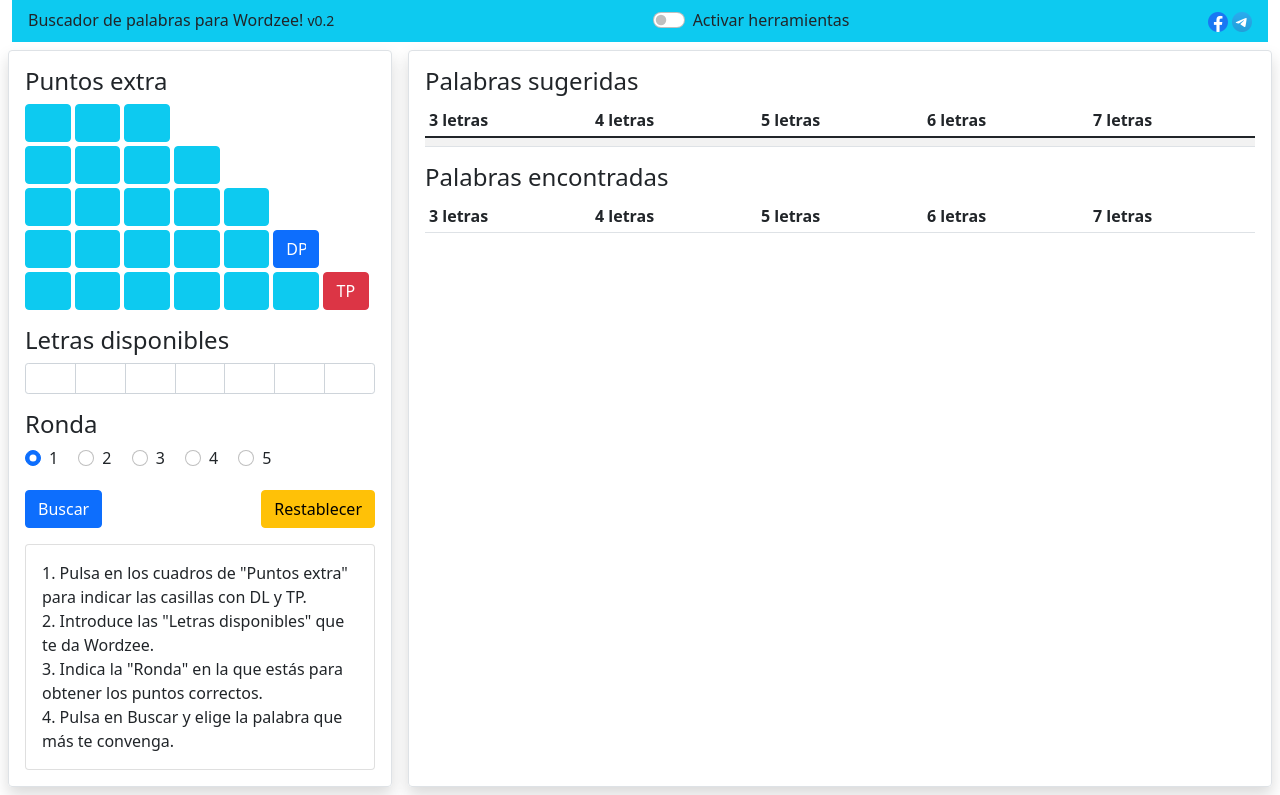
Repository: angelcafe/wordzee-bp_javascript
Page: index.html
These files come from the project's save history. The page is drawn as it stood at one moment and after the next save; the edit follows.
The browser window is 1280 px wide. The pictures show the whole page.
The page's requests for data from a server got no answer.

Above is the page before, as saved 2021-10-24 22:59:42.

After the next save:
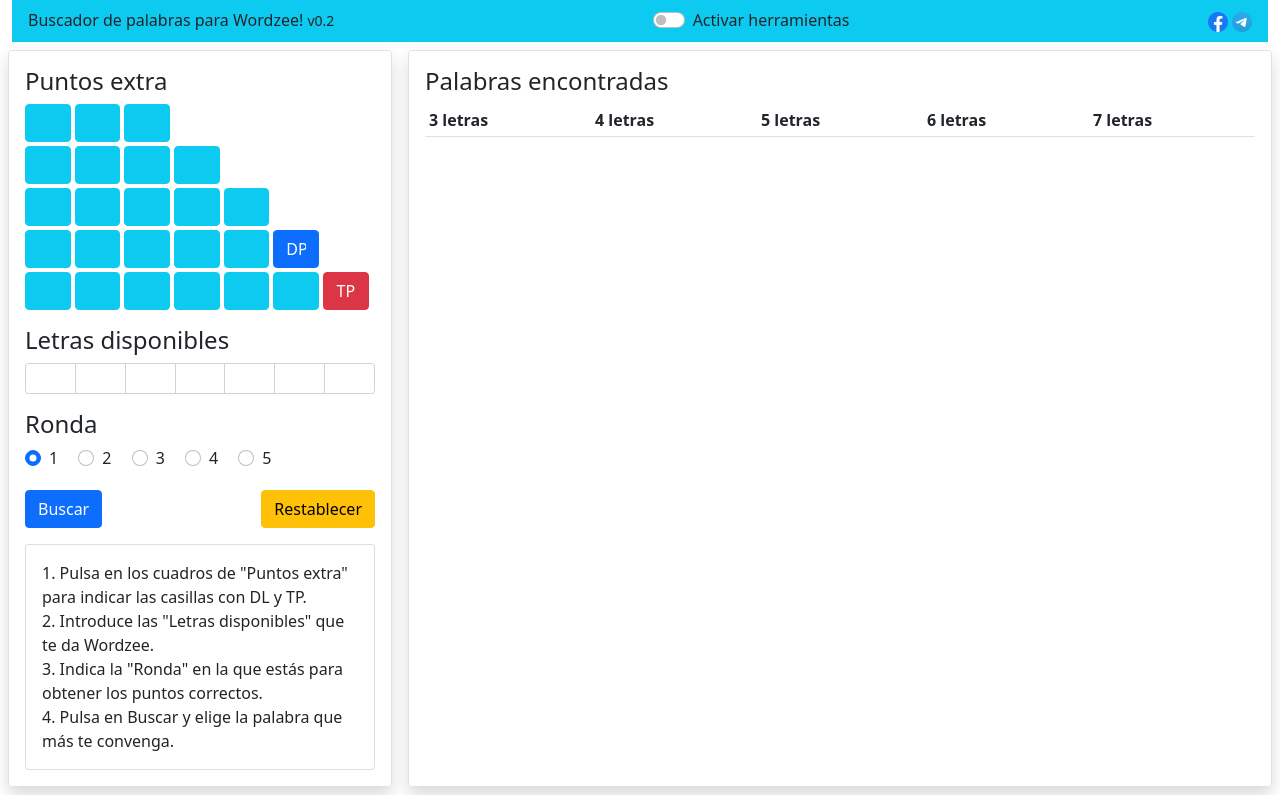
Saved 104 s later.
--- a/index.html
+++ b/index.html
@@ -174,9 +174,9 @@
                     </form>
                 </div>
             </div>
-            <!-- Palabras sugeridas -->
             <div class="border col m-2 p-3 shadow rounded">
-                <h4>Palabras sugeridas</h4>
+                <!-- Palabras sugeridas -->
+                <!-- <h4>Palabras sugeridas</h4>
                 <table class="table table-sm table-striped table-hover">
                     <thead>
                         <tr>
@@ -196,7 +196,7 @@
                             <td class="noselect"></td>
                         </tr>
                     </tbody>
-                </table>
+                </table> -->
                 <!-- Palabras encontradas -->
                 <h4>Palabras encontradas</h4>
                 <table class="table table-sm table-striped table-hover">
